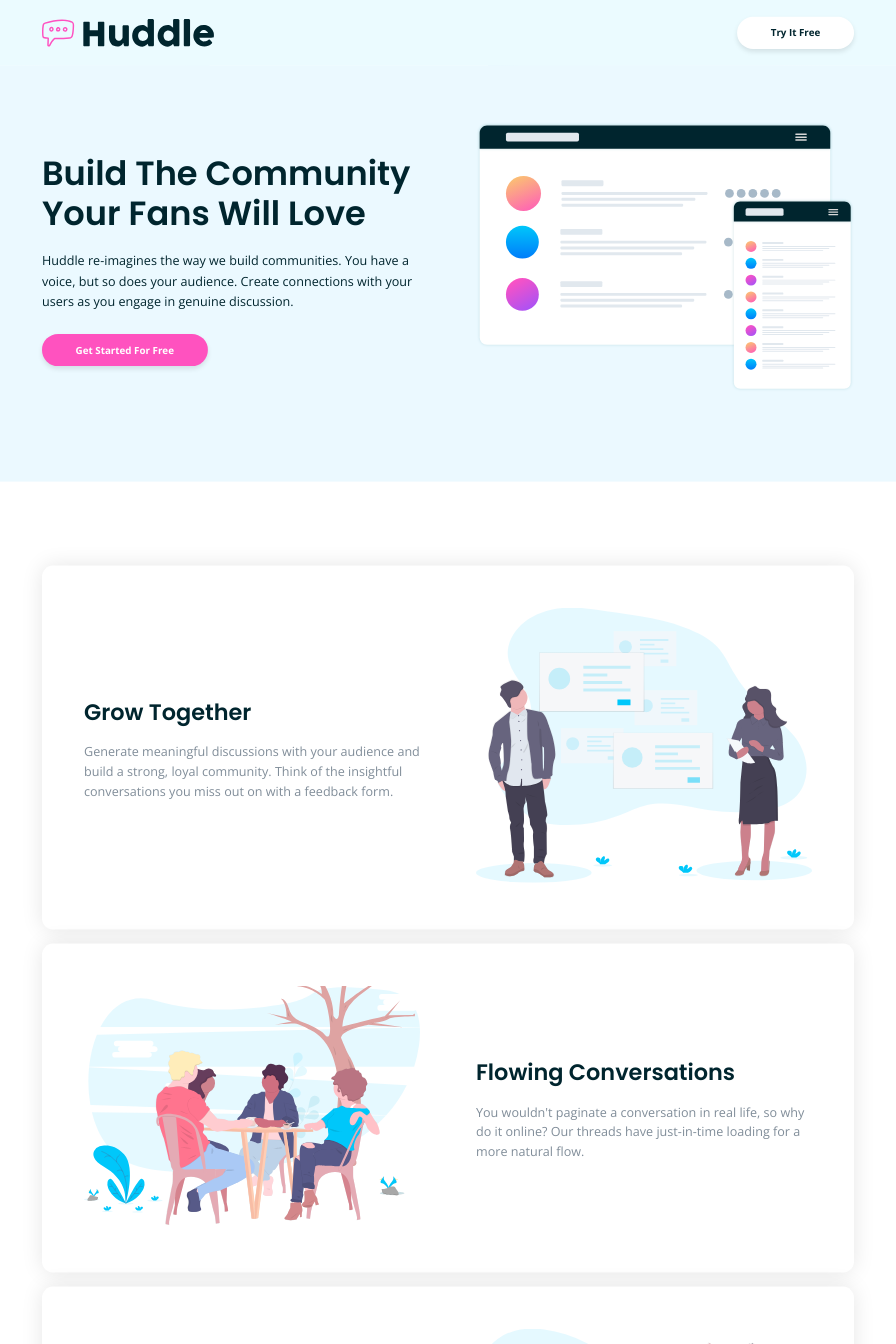
Repository: blordeus/huddle-landing-page
Page: index.html
An editor plug-in stored every save of this project. The page is shown before and after the next save, followed by the edit.
The browser window is 1280 px wide. The pictures show the part of the page from y = 0 to 1920 px (the page is 3305 px tall), at 70% of full size.

Above is the page before, as saved 2025-07-01 11:34:13.

After the next save:
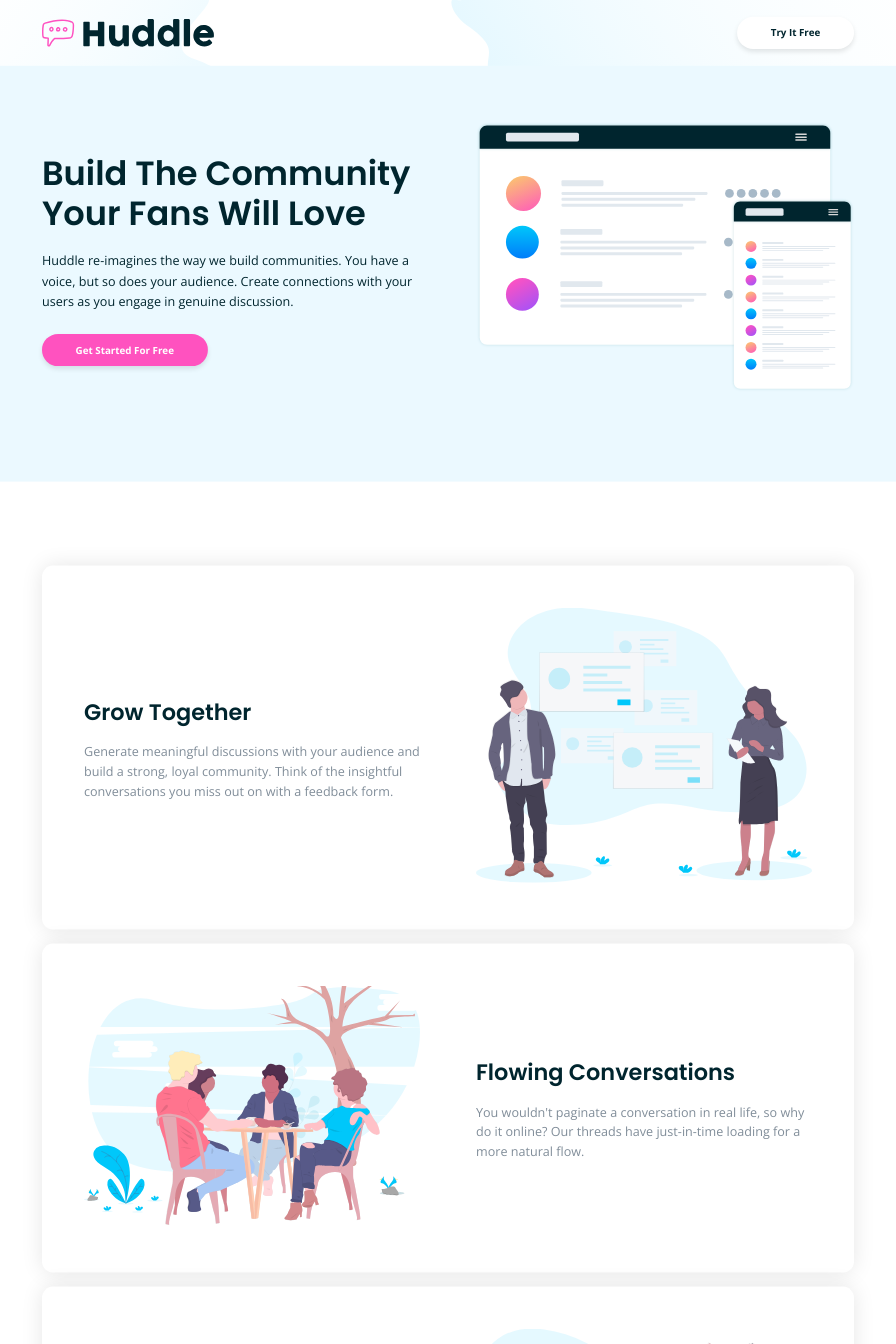
Saved 12 s later.
--- a/styles.css
+++ b/styles.css
@@ -25,7 +25,6 @@
 
     /* Header */
     .header {
-      background: hsl(193, 100%, 96%);
       padding: 24px 0;
     }
 

After the save that followed:
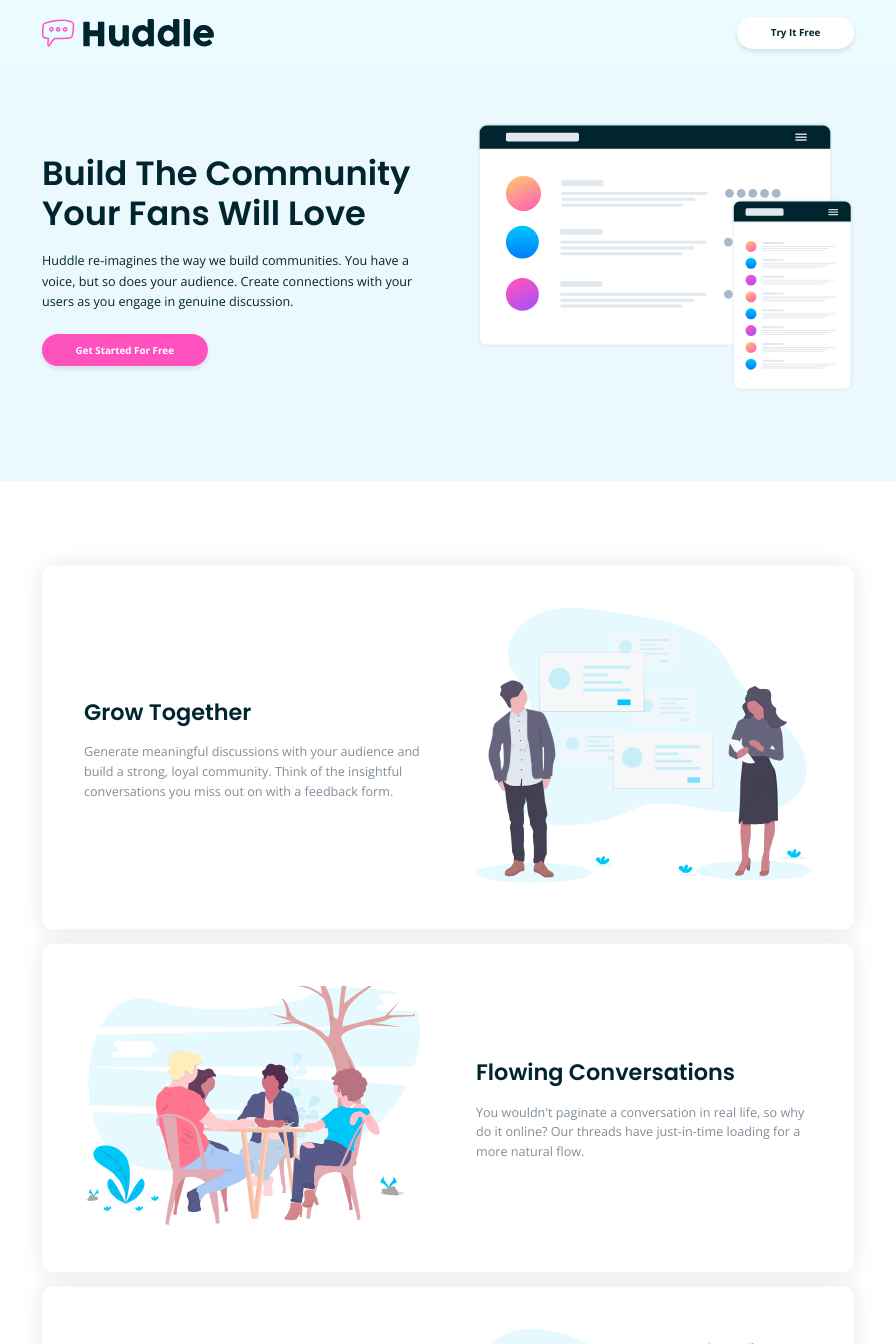
Saved 13 s later.
--- a/styles.css
+++ b/styles.css
@@ -25,6 +25,7 @@
 
     /* Header */
     .header {
+      background: hsl(193, 100%, 96%);
       padding: 24px 0;
     }
 
